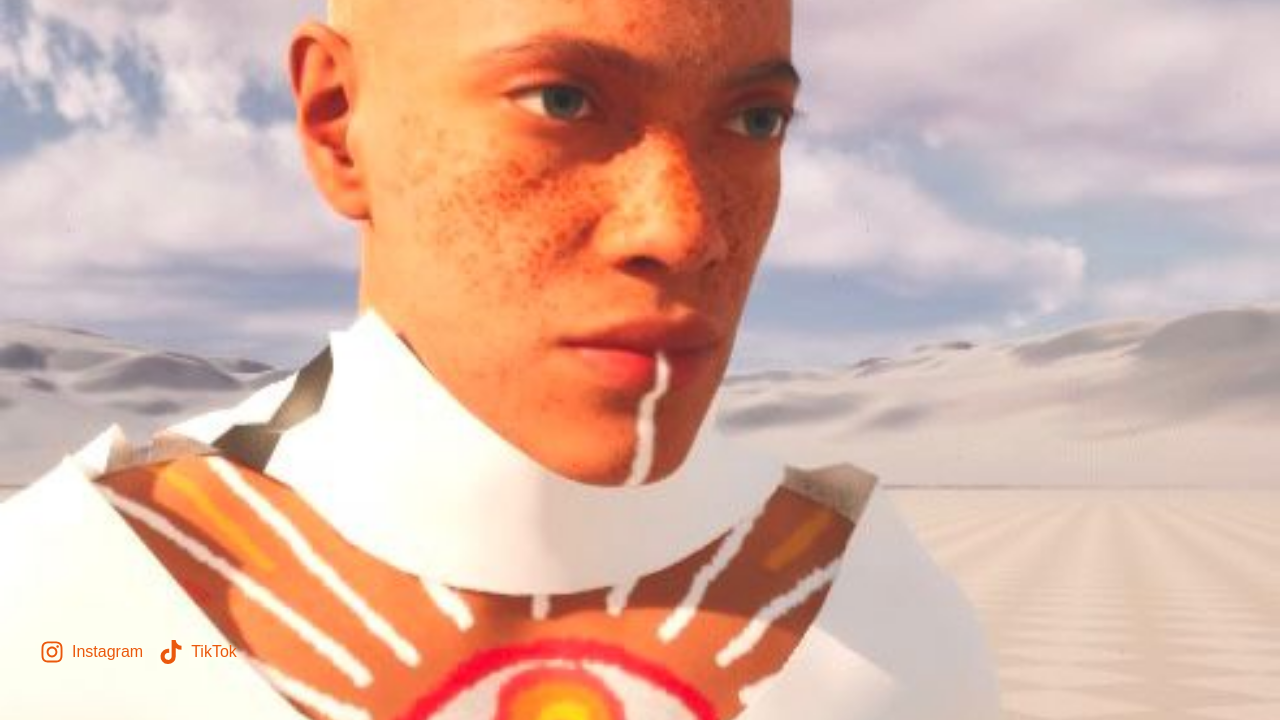
Repository: BOGARTCONCEPT/bogart-web
Page: /
The author's editor kept a copy of each file at every save. The page is drawn from the files as they stood at one save, then again after the next save.
The browser window is 1280 px wide. The pictures show the whole page.
The project was rebuilt for these pictures with package versions that can differ from the ones it lists, and the page was loaded fresh each time. The framework's server and built-in components were replaced by stand-ins that run in the browser. Also part of the build but not shown: next.config.ts.

Above is the page before, as saved 2025-02-11 09:11:49.

After the next save:
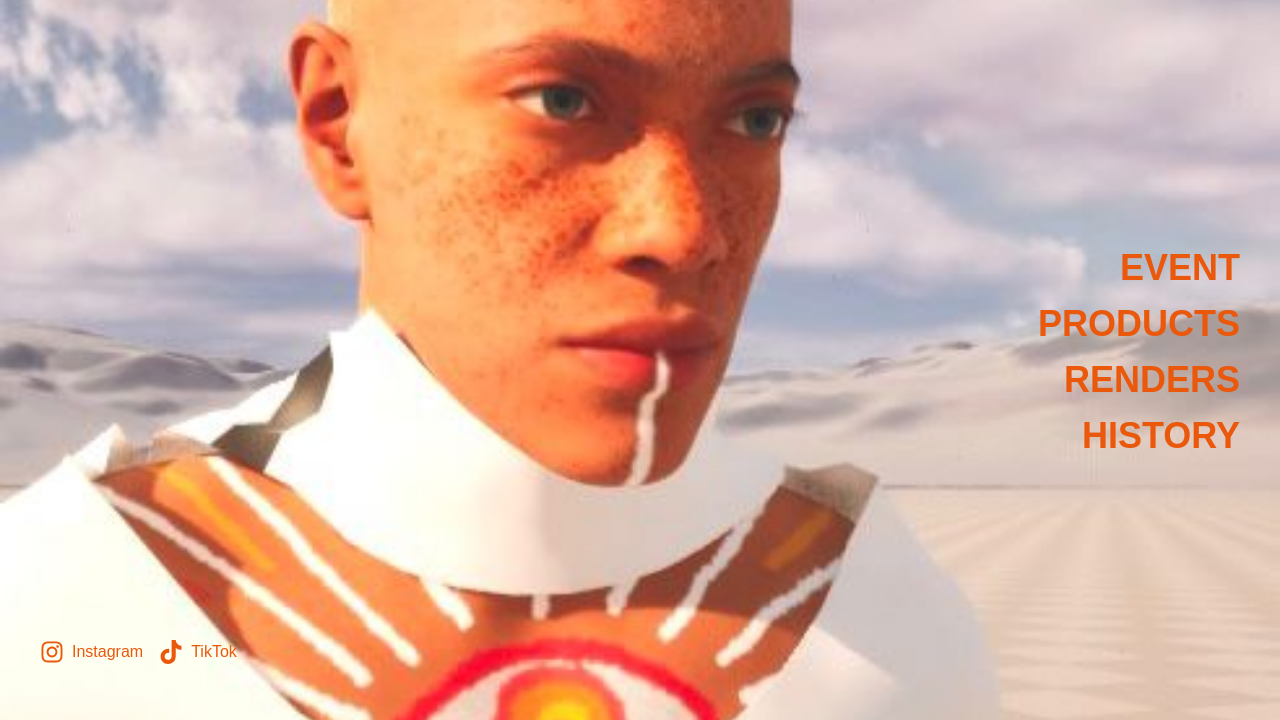
Saved 3 min 23 s later.
--- a/src/components/HomeComponent.tsx
+++ b/src/components/HomeComponent.tsx
@@ -1,22 +1,34 @@
 import { FontAwesomeIcon } from "@fortawesome/react-fontawesome"
 import { faInstagram } from "@fortawesome/free-brands-svg-icons/faInstagram"
 import { faTiktok } from "@fortawesome/free-brands-svg-icons/faTiktok"
+import Link from "next/link"
 
 export default function HomeComponent() {
   return (
     <div
+      className="relative min-h-screen flex flex-col font-geist"
       style={{
         backgroundImage: `url('/imgs/bogart3d.jpeg')`,
         backgroundSize: "cover",
         backgroundRepeat: "no-repeat",
         backgroundPosition: "center",
-        minHeight: "100vh",
-        display: "flex",
-        flexDirection: "column",
       }}
     >
-      <div className="w-full flex-grow"></div>
-      <div className="w-full flex justify-start items-end p-4 px-10 mb-10">
+      {/* Right side menu */}
+      <div className="absolute right-10 top-1/2 transform -translate-y-1/2 text-right">
+        {["EVENT", "PRODUCTS", "RENDERS", "HISTORY"].map((item, index) => (
+          <Link
+            key={index}
+            href={`/${item.toLowerCase()}`}
+            className="block mb-4 text-4xl font-bold text-orange-600 hover:text-gray-700 transition-colors duration-300 ease-in-out"
+          >
+            {item}
+          </Link>
+        ))}
+      </div>
+
+      {/* Bottom social links */}
+      <div className="mt-auto w-full flex justify-start items-end p-4 px-10 mb-10">
         <div className="flex space-x-4">
           <a
             href="https://www.instagram.com/bogartconcept/"
